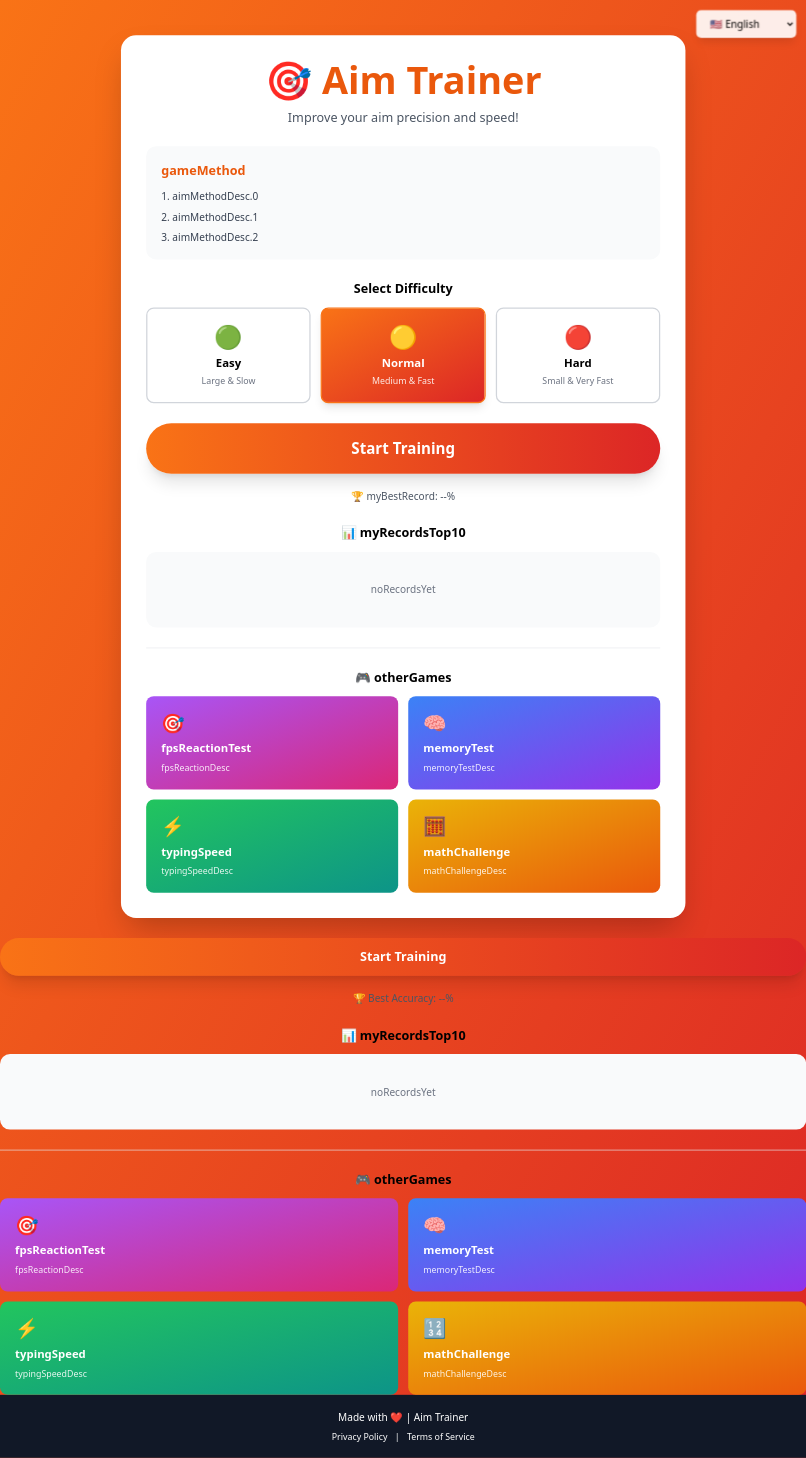
Repository: Lcmind/withjocoding
Page: aim-trainer.html
An editor plug-in stored every save of this project. The page is shown before and after the next save, followed by the edit.
The browser window is 1280 px wide. The pictures show the whole page, at 63% of full size.
Some web libraries are served in a nearby version.

Above is the page before, as saved 2026-01-13 22:02:35.

### aim-trainer.html
<!DOCTYPE html>
<html lang="en">
<head>
  <meta charset="UTF-8">
  <meta name="viewport" content="width=device-width, initial-scale=1.0">
  <meta name="description" content="Free Aim Trainer! Improve your aim precision and reaction time. Perfect for FPS gamers!">
  <title>Aim Trainer - Improve Your Aim Precision | FPS Training</title>

  <!-- Tailwind CSS -->
  <script src="https://cdn.tailwindcss.com"></script>
  <script>
    tailwind.config = {
      theme: {
        extend: {
          colors: {
            primary: '#667eea',
            secondary: '#764ba2',
          }
        }
      }
    }
  </script>

  <!-- Google AdSense -->
  <script async src="https://pagead2.googlesyndication.com/pagead/js/adsbygoogle.js?client=ca-pub-1247545232353663"
     crossorigin="anonymous"></script>

  <style>
    @keyframes pulse-target {
      0%, 100% { transform: scale(1); }
      50% { transform: scale(1.1); }
    }
    .target-pulse {
      animation: pulse-target 0.8s ease-in-out infinite;
    }
    @keyframes hit-effect {
      0% { transform: scale(0.5); opacity: 1; }
      100% { transform: scale(2.5); opacity: 0; }
    }
    .hit-effect-anim {
      animation: hit-effect 0.4s ease-out;
    }
    .screen {
      display: none;
    }
    .screen.active {
      display: flex;
    }
  </style>
</head>
<body class="min-h-screen bg-gradient-to-br from-orange-500 to-red-600">

  <!-- 언어 선택 -->
  <div class="fixed top-4 right-4 z-50">
    <select id="language-selector" class="px-4 py-2 rounded-lg bg-white/90 backdrop-blur-sm shadow-lg border-2 border-white/50 cursor-pointer hover:bg-white transition-all">
      <option value="ko">🇰🇷 한국어</option>
      <option value="en">🇺🇸 English</option>
      <option value="ja">🇯🇵 日本語</option>
      <option value="zh">🇨🇳 中文</option>
      <option value="es">🇪🇸 Español</option>
      <option value="fr">🇫🇷 Français</option>
      <option value="de">🇩🇪 Deutsch</option>
      <option value="pt">🇧🇷 Português</option>
      <option value="ru">🇷🇺 Русский</option>
      <option value="ar">🇸🇦 العربية</option>
    </select>
  </div>

  <!-- 시작 화면 -->
  <div id="start-screen" class="screen active min-h-screen flex flex-col items-center justify-center p-4 md:p-8">
    <div class="max-w-4xl w-full">

      <!-- 상단 광고 -->
      <div class="mb-6 flex justify-center">
        <ins class="adsbygoogle block"
             style="display:block; max-height:90px;"
             data-ad-format="horizontal"
             data-ad-client="ca-pub-1247545232353663"
             data-full-width-responsive="true"></ins>
      </div>

      <!-- 메인 카드 -->
      <div class="bg-white rounded-3xl shadow-2xl p-6 md:p-10">
        <h1 class="text-4xl md:text-6xl font-bold text-center text-orange-600 mb-4">
          🎯 <span data-i18n="title">Aim Trainer</span>
        </h1>
        <p class="text-lg md:text-xl text-center text-gray-600 mb-8" data-i18n="subtitle">Improve your aim precision and speed!</p>

      <!-- 게임 방법 -->
      <div class="bg-gray-50 rounded-2xl p-6 mb-8">
        <h3 class="text-xl font-bold text-orange-600 mb-4" data-i18n="gameMethod">How to Play</h3>
        <ol class="list-decimal list-inside space-y-2 text-gray-700">
          <li data-i18n="aimMethodDesc.0">Targets appear randomly on screen</li>
          <li data-i18n="aimMethodDesc.1">Click them as fast as possible</li>
          <li data-i18n="aimMethodDesc.2">Improve your accuracy and speed!</li>
        </ol>
      </div>

        <!-- 난이도 선택 -->
        <div class="mb-8">
          <h3 class="text-xl font-bold text-center mb-4" data-i18n="selectDifficulty">Select Difficulty</h3>
          <div class="grid grid-cols-1 md:grid-cols-3 gap-4">
            <button class="difficulty-btn border-2 border-gray-300 rounded-xl p-6 hover:border-orange-500 hover:shadow-lg transition-all duration-300 hover:-translate-y-1" data-difficulty="easy">
              <div class="text-4xl mb-2">🟢</div>
              <div class="font-bold text-lg mb-1" data-i18n="easy">Easy</div>
              <div class="text-sm text-gray-500">Large & Slow</div>
            </button>
            <button class="difficulty-btn active border-2 border-orange-500 bg-gradient-to-br from-orange-500 to-red-600 text-white rounded-xl p-6 shadow-lg" data-difficulty="normal">
              <div class="text-4xl mb-2">🟡</div>
              <div class="font-bold text-lg mb-1" data-i18n="normal">Normal</div>
              <div class="text-sm opacity-90">Medium & Fast</div>
            </button>
            <button class="difficulty-btn border-2 border-gray-300 rounded-xl p-6 hover:border-orange-500 hover:shadow-lg transition-all duration-300 hover:-translate-y-1" data-difficulty="hard">
              <div class="text-4xl mb-2">🔴</div>
              <div class="font-bold text-lg mb-1" data-i18n="hard">Hard</div>
              <div class="text-sm text-gray-500">Small & Very Fast</div>
            </button>
          </div>
        </div>

        <!-- 시작 버튼 -->
        <button id="start-btn" class="w-full bg-gradient-to-r from-orange-500 to-red-600 text-white font-bold text-xl md:text-2xl py-4 md:py-6 rounded-full shadow-xl hover:shadow-2xl hover:-translate-y-1 transition-all duration-300">
          <span data-i18n="startTraining">Start Training</span>
        </button>

        <!-- 최고 기록 -->
        <div class="mt-6 text-center text-gray-600">
          <p>🏆 <span data-i18n="myBestRecord">My Best Record</span>: <span id="best-record">-- %</span></p>
        </div>

        <!-- 내 기록 TOP 10 -->
        <div class="mt-8">
          <h3 class="text-xl font-bold text-center mb-4">📊 <span data-i18n="myRecordsTop10">My Top 10 Records</span></h3>
          <div id="history-list" class="bg-gray-50 rounded-2xl p-4 max-h-80 overflow-y-auto">
            <p class="text-center text-gray-500 py-8" data-i18n="noRecordsYet">No records yet. Start now!</p>
          </div>
        </div>

        <!-- 다른 게임 섹션 -->
        <div class="mt-8 border-t border-gray-200 pt-8">
          <h3 class="text-xl font-bold text-center mb-4">🎮 <span data-i18n="otherGames">Other Games</span></h3>
          <div class="grid grid-cols-1 md:grid-cols-2 gap-4">
            <a href="index.html" class="block bg-gradient-to-br from-purple-500 to-pink-600 rounded-xl p-6 text-white hover:shadow-xl transition-all duration-300 hover:-translate-y-1">
              <div class="text-3xl mb-2">🎯</div>
              <div class="font-bold text-lg mb-2" data-i18n="fpsReactionTest">FPS Reaction Test</div>
              <div class="text-sm opacity-90" data-i18n="fpsReactionDesc">Test your reaction speed</div>
            </a>

            <a href="memory-test.html" class="block bg-gradient-to-br from-blue-500 to-purple-600 rounded-xl p-6 text-white hover:shadow-xl transition-all duration-300 hover:-translate-y-1">
              <div class="text-3xl mb-2">🧠</div>
              <div class="font-bold text-lg mb-2" data-i18n="memoryTest">Memory Test</div>
              <div class="text-sm opacity-90" data-i18n="memoryTestDesc">Test your memory skills</div>
            </a>

            <a href="typing-speed.html" class="block bg-gradient-to-br from-green-500 to-teal-600 rounded-xl p-6 text-white hover:shadow-xl transition-all duration-300 hover:-translate-y-1">
              <div class="text-3xl mb-2">⚡</div>
              <div class="font-bold text-lg mb-2" data-i18n="typingSpeed">Typing Speed</div>
              <div class="text-sm opacity-90" data-i18n="typingSpeedDesc">Test your typing speed</div>
            </a>

            <a href="math-challenge.html" class="block bg-gradient-to-br from-yellow-500 to-orange-600 rounded-xl p-6 text-white hover:shadow-xl transition-all duration-300 hover:-translate-y-1">
              <div class="text-3xl mb-2">🧮</div>
              <div class="font-bold text-lg mb-2" data-i18n="mathChallenge">Math Challenge</div>
              <div class="text-sm opacity-90" data-i18n="mathChallengeDesc">Quick math calculations</div>
            </a>
          </div>
        </div>
      </div>
    </div>
  </div>      <button id="start-btn" class="w-full bg-gradient-to-r from-orange-500 to-red-600 text-white font-bold text-xl py-4 rounded-full shadow-xl hover:shadow-2xl hover:-translate-y-1 transition-all">
        <span data-i18n="startTraining">Start Training</span>
      </button>

      <div class="mt-6 text-center text-gray-600">
        <p>🏆 <span data-i18n="bestAccuracy">Best Accuracy</span>: <span id="best-record">--%</span></p>
      </div>

      <!-- 내 기록 TOP 10 -->
      <div class="mt-8">
        <h3 class="text-xl font-bold text-center mb-4">📊 <span data-i18n="myRecordsTop10">My Top 10 Records</span></h3>
        <div id="history-list" class="bg-gray-50 rounded-2xl p-4 max-h-80 overflow-y-auto">
          <p class="text-center text-gray-500 py-8" data-i18n="noRecordsYet">No records yet. Start now!</p>
        </div>
      </div>

      <!-- 다른 게임 섹션 -->
      <div class="mt-8 border-t border-gray-200 pt-8">
        <h3 class="text-xl font-bold text-center mb-4">🎮 <span data-i18n="otherGames">Other Games</span></h3>
        <div class="grid grid-cols-1 md:grid-cols-2 gap-4">
          <a href="index.html" class="block bg-gradient-to-br from-purple-500 to-pink-600 rounded-xl p-6 text-white hover:shadow-xl transition-all duration-300 hover:-translate-y-1">
            <div class="text-3xl mb-2">🎯</div>
            <div class="font-bold text-lg mb-2" data-i18n="fpsReactionTest">FPS Reaction Test</div>
            <div class="text-sm opacity-90" data-i18n="fpsReactionDesc">Test your reaction speed</div>
          </a>

          <a href="memory-test.html" class="block bg-gradient-to-br from-blue-500 to-purple-600 rounded-xl p-6 text-white hover:shadow-xl transition-all duration-300 hover:-translate-y-1">
            <div class="text-3xl mb-2">🧠</div>
            <div class="font-bold text-lg mb-2" data-i18n="memoryTest">Memory Test</div>
            <div class="text-sm opacity-90" data-i18n="memoryTestDesc">Test your memory skills</div>
          </a>

          <a href="typing-speed.html" class="block bg-gradient-to-br from-green-500 to-teal-600 rounded-xl p-6 text-white hover:shadow-xl transition-all duration-300 hover:-translate-y-1">
            <div class="text-3xl mb-2">⚡</div>
            <div class="font-bold text-lg mb-2" data-i18n="typingSpeed">Typing Speed</div>
            <div class="text-sm opacity-90" data-i18n="typingSpeedDesc">Test your typing speed</div>
          </a>

          <a href="math-challenge.html" class="block bg-gradient-to-br from-yellow-500 to-orange-600 rounded-xl p-6 text-white hover:shadow-xl transition-all duration-300 hover:-translate-y-1">
            <div class="text-3xl mb-2">🔢</div>
            <div class="font-bold text-lg mb-2" data-i18n="mathChallenge">Math Challenge</div>
            <div class="text-sm opacity-90" data-i18n="mathChallengeDesc">Quick math calculations</div>
          </a>
        </div>
      </div>
    </div>
  </div>

  <!-- 게임 화면 -->
  <div id="game-screen" class="screen hidden min-h-screen bg-gray-900 relative">
    <!-- 게임 정보 -->
    <div class="fixed top-8 left-1/2 transform -translate-x-1/2 z-10">
      <div class="flex gap-8 bg-white/10 backdrop-blur-md px-6 py-3 rounded-full">
        <div class="text-white text-lg">
          <span class="opacity-80" data-i18n="targets">Targets</span>: <span id="target-count" class="font-bold">0 / 30</span>
        </div>
        <div class="text-white text-lg">
          <span class="opacity-80" data-i18n="accuracy">Accuracy</span>: <span id="accuracy-display" class="font-bold">100%</span>
        </div>
        <div class="text-white text-lg">
          <span class="opacity-80" data-i18n="combo">Combo</span>: <span id="combo-display" class="font-bold text-yellow-400">x1</span>
        </div>
      </div>
    </div>

    <!-- 게임 영역 -->
    <div id="game-area" class="w-screen h-screen relative cursor-crosshair">
      <div id="target" class="absolute rounded-full opacity-0 transform scale-0 transition-all duration-200 shadow-2xl border-4 border-white/30"></div>
      <div id="click-effect" class="absolute w-24 h-24 border-4 rounded-full pointer-events-none opacity-0 transform scale-0"></div>
    </div>
  </div>

  <!-- 결과 화면 -->
  <div id="result-screen" class="screen hidden min-h-screen flex flex-col items-center justify-center p-4">
    <div class="max-w-2xl w-full bg-white rounded-3xl shadow-2xl p-6 md:p-10">
      <h1 class="text-4xl font-bold text-center text-orange-600 mb-8">
        🎯 <span data-i18n="results">Results</span>
      </h1>

      <div class="bg-gradient-to-br from-orange-500 to-red-600 text-white rounded-2xl p-8 mb-6">
        <div class="text-center mb-6">
          <div class="text-lg opacity-90 mb-2" data-i18n="finalAccuracy">Final Accuracy</div>
          <div id="final-accuracy" class="text-6xl font-bold mb-4">100%</div>
        </div>

        <div class="grid grid-cols-3 gap-4">
          <div class="bg-white/20 rounded-xl p-4 text-center">
            <div class="text-sm opacity-90" data-i18n="avgTime">Avg Time</div>
            <div id="avg-time" class="text-2xl font-bold">0ms</div>
          </div>
          <div class="bg-white/20 rounded-xl p-4 text-center">
            <div class="text-sm opacity-90" data-i18n="maxCombo">Max Combo</div>
            <div id="max-combo" class="text-2xl font-bold">x0</div>
          </div>
          <div class="bg-white/20 rounded-xl p-4 text-center">
            <div class="text-sm opacity-90" data-i18n="score">Score</div>
            <div id="final-score" class="text-2xl font-bold">0</div>
          </div>
        </div>
      </div>

      <div class="flex gap-4">
        <button id="retry-btn" class="flex-1 bg-gradient-to-r from-orange-500 to-red-600 text-white font-bold text-xl py-4 rounded-full shadow-xl hover:shadow-2xl hover:-translate-y-1 transition-all">
          <span data-i18n="trainAgain">Train Again</span>
        </button>
        <button id="home-btn" class="flex-1 bg-white text-orange-600 border-2 border-orange-600 font-bold text-xl py-4 rounded-full hover:bg-orange-600 hover:text-white transition-all">
          <span data-i18n="backHome">Home</span>
        </button>
      </div>
    </div>

    <!-- 하단 광고 -->
    <div class="mt-6 flex justify-center">
      <ins class="adsbygoogle block"
           style="display:block; min-height:250px;"
           data-ad-format="autorelaxed"
           data-ad-client="ca-pub-1247545232353663"
           data-full-width-responsive="true"></ins>
    </div>
  </div>

  <!-- Footer -->
  <footer class="w-full py-6 text-center text-white bg-gray-900">
    <p class="mb-2">Made with ❤️ | Aim Trainer</p>
    <p class="text-sm">
      <a href="privacy.html" class="text-white hover:underline mx-2" data-i18n="privacyPolicy">Privacy Policy</a> |
      <a href="terms.html" class="text-white hover:underline mx-2" data-i18n="termsOfService">Terms of Service</a>
    </p>
  </footer>

  <script>
    (adsbygoogle = window.adsbygoogle || []).push({});
  </script>

  <script src="aim-trainer.js"></script>
</body>
</html>

Loaded but not shown: aim-trainer.js (308 lines, source omitted)

After the next save:
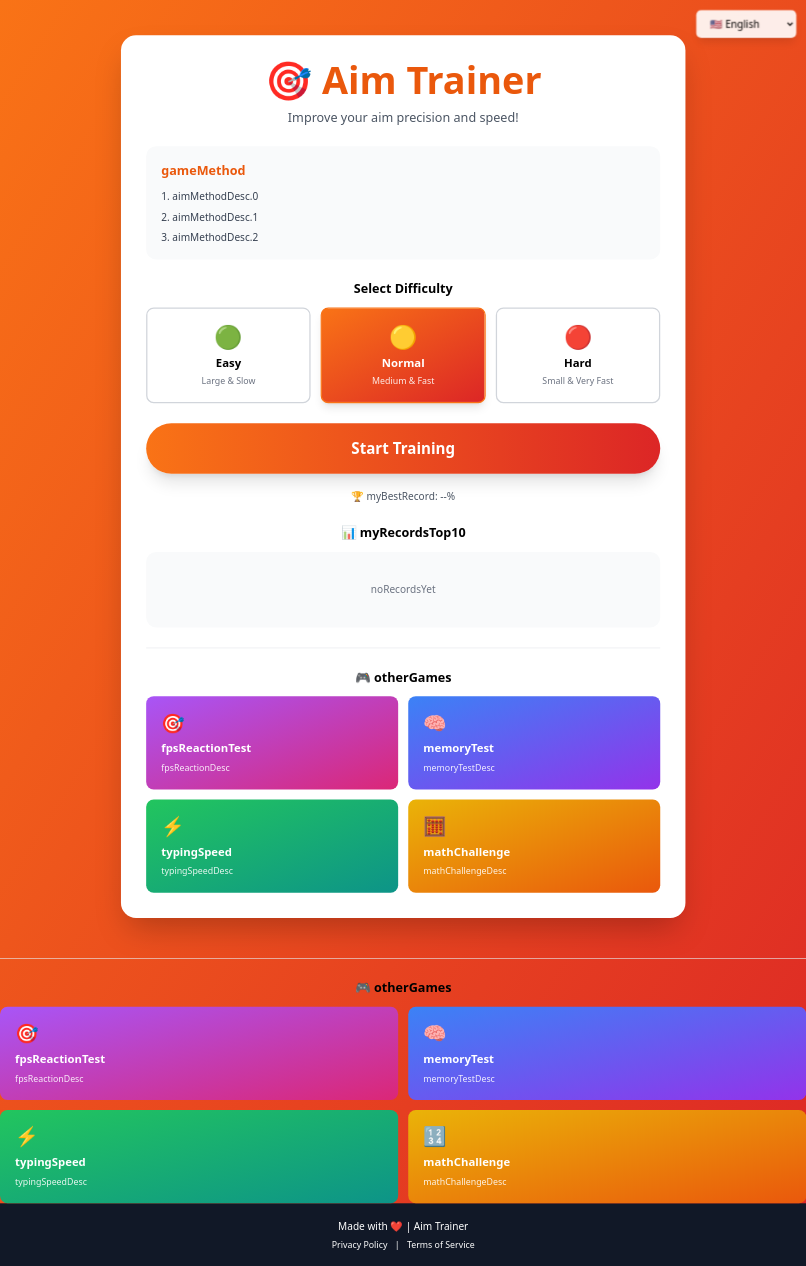
Saved 12 s later.
--- a/aim-trainer.html
+++ b/aim-trainer.html
@@ -167,23 +167,9 @@
         </div>
       </div>
     </div>
-  </div>      <button id="start-btn" class="w-full bg-gradient-to-r from-orange-500 to-red-600 text-white font-bold text-xl py-4 rounded-full shadow-xl hover:shadow-2xl hover:-translate-y-1 transition-all">
-        <span data-i18n="startTraining">Start Training</span>
-      </button>
-
-      <div class="mt-6 text-center text-gray-600">
-        <p>🏆 <span data-i18n="bestAccuracy">Best Accuracy</span>: <span id="best-record">--%</span></p>
-      </div>
-
-      <!-- 내 기록 TOP 10 -->
-      <div class="mt-8">
-        <h3 class="text-xl font-bold text-center mb-4">📊 <span data-i18n="myRecordsTop10">My Top 10 Records</span></h3>
-        <div id="history-list" class="bg-gray-50 rounded-2xl p-4 max-h-80 overflow-y-auto">
-          <p class="text-center text-gray-500 py-8" data-i18n="noRecordsYet">No records yet. Start now!</p>
-        </div>
-      </div>
-
-      <!-- 다른 게임 섹션 -->
+  </div>
+
+  <!-- 게임 화면 -->      <!-- 다른 게임 섹션 -->
       <div class="mt-8 border-t border-gray-200 pt-8">
         <h3 class="text-xl font-bold text-center mb-4">🎮 <span data-i18n="otherGames">Other Games</span></h3>
         <div class="grid grid-cols-1 md:grid-cols-2 gap-4">
